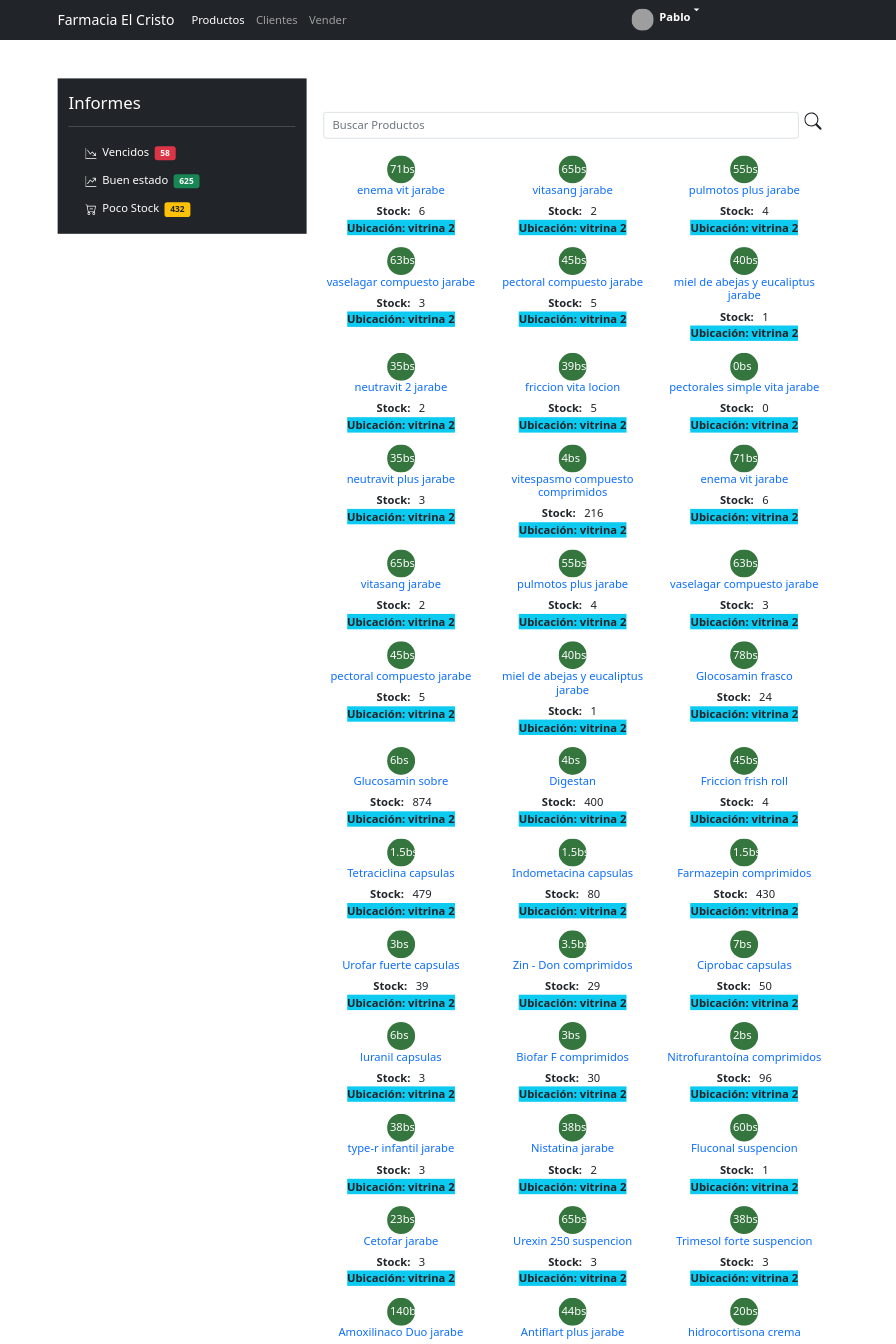
Repository: covales/farmacia
Page: /
An editor plug-in stored every save of this project. The page is shown before and after the next save, followed by the edit.
The browser window is 1280 px wide. The pictures show the part of the page from y = 0 to 1920 px (the page is 36407 px tall), at 70% of full size.
Pictures or frames that could not be fetched are drawn as grey boxes. The project was rebuilt for these pictures with package versions that can differ from the ones it lists, and the page was loaded fresh each time. Also part of the build but not shown: src/components/header/Header.jsx, src/components/product/ListProductVencidos.jsx, src/components/product/ListProductGood.jsx, src/components/product/ListProductLowStock.jsx, src/components/product/ProductSale.jsx, src/clientes/ListClient.jsx, src/components/product/Product.jsx.

Above is the page before, as saved 2022-01-23 13:41:38.

### public/index.html
<!DOCTYPE html>
<html lang="es">

<head>
  <meta charset="utf-8" />
  <link rel="icon" href="%PUBLIC_URL%/favicon.ico" />
  <meta name="viewport" content="width=device-width, initial-scale=1" />
  <meta name="theme-color" content="#000000" />
  <meta name="description" content="Web site created using create-react-app" />
  <link rel="apple-touch-icon" href="%PUBLIC_URL%/logo192.png" />

  <link rel="manifest" href="%PUBLIC_URL%/manifest.json" />

  <title>Farmacia</title>
  <link href="https://cdn.jsdelivr.net/npm/bootstrap@5.1.3/dist/css/bootstrap.min.css" rel="stylesheet"
    integrity="sha384-1BmE4kWBq78iYhFldvKuhfTAU6auU8tT94WrHftjDbrCEXSU1oBoqyl2QvZ6jIW3" crossorigin="anonymous">
  <script src="https://cdn.jsdelivr.net/npm/bootstrap@5.1.3/dist/js/bootstrap.bundle.min.js"
    integrity="sha384-ka7Sk0Gln4gmtz2MlQnikT1wXgYsOg+OMhuP+IlRH9sENBO0LRn5q+8nbTov4+1p"
    crossorigin="anonymous"></script>
</head>

<body>

  <div id="root"></div>

</body>

</html>

### src/index.js
import React from 'react';
import ReactDOM from 'react-dom';
import App from './App';


ReactDOM.render(

    <App/>,

  document.getElementById('root')
);

### src/App.js
import Home from './pages/Home';
import { BrowserRouter as Router, Routes, Route } from "react-router-dom";
import ListProductVencidos from './components/product/ListProductVencidos';
import ListProductGood from './components/product/ListProductGood';
import ListProductLowStock from './components/product/ListProductLowStock';
import ProductSale from './components/product/ProductSale';
import ListClient from './clientes/ListClient';
import Product from './components/product/Product';

function App() {
  return (
    <Router>

        <Routes>
          <Route exact path="/" element={<Home />}/>
          <Route exact path="vencidos" element={<ListProductVencidos/>}/>
          <Route exact path="good" element={<ListProductGood/>}/>
          <Route exact path="lowstock" element={<ListProductLowStock/>}/>
          <Route exact path="productsale" element={<ProductSale/>}/>
          <Route exact path="productos" element={<Product/>}/>
          <Route exact path="clientes" element={<ListClient/>}/>
        </Routes>

    </Router>

  );
}

export default App;

### src/pages/Home.jsx
import React from 'react'
import styled from 'styled-components'
import AsideReport from '../components/aside/AsideReport'
import Header from '../components/header/Header'
import Navbar from '../components/navbar/Navbar'
import ListProduct from '../components/product/ListProduct'

const Home = () => {
    return (
        <>
            <Navbar></Navbar>
            <main className='container pt-5'>
                <div className="row">
                    <div className="col-md-4"><AsideReport /></div>
                    <div className="col"><ListProduct /></div>
                </div>
            </main>

        </>

    )
}

export default Home

### src/components/aside/AsideReport.jsx
import React, { useState, useEffect } from 'react'
import data from '../../data/data'
import { Link } from "react-router-dom";

const initialExpiration = () => {
    const fActual = new Date();
    const limite = data.length;
    var number = 0;
    const BusquedaVencidos = [];

    for (let index = 0; index < limite; index++) {

        const productFV = new Date(data[index].fVencimiento?.toString());

        if (productFV <= fActual) {

            BusquedaVencidos.push(data[index]);
            number = BusquedaVencidos.length;

        }

    }

    return number
}

const initialGood = () => {
    const fActual = new Date();
    const limite = data.length;
    var number = 0;
    const BusquedaBuenos = [];

    for (let index = 0; index < limite; index++) {

        const productFV = new Date(data[index].fVencimiento?.toString());

        if (productFV > fActual) {

            BusquedaBuenos.push(data[index]);
            number = BusquedaBuenos.length;

        }

    }

    return number

}

const lowStock = () => {

    var number = 0;
    const limite = data.length;
    const lowstock = [];


    for (let index = 0; index < limite; index++) {

        const productCantidad = data[index].cantidad?.toString();
        const productItem = data[index].item?.toString();
        if (productCantidad<=10){
            lowstock.push(data[index])
           // console.log(lowstock, productItem,productCantidad);
           // console.log("total" + " "+ lowstock.length )
           number=lowstock.length;
        }




    }

    return number


}


const AsideReport = () => {

    const [count, setCount] = useState(initialExpiration);
    const [countxv, setCountXV] = useState(initialGood);
    const [countstock, setCountStock] = useState(lowStock);




    return (
        <div className='sticky-top pt-5'>
            <p></p>
            <div className="d-flex flex-column flex-shrink-0 p-3 text-white bg-dark">
                <p className="d-flex align-items-center mb-3 mb-md-0 me-md-auto text-white text-decoration-none">

                    <span className="fs-4">Informes</span>
                </p>
                <hr />
                <ul className="nav nav-pills flex-column ">
                    <li className="nav-item ">
                        <Link to="/vencidos" className="nav-link text-white " aria-current="page">
                            <svg xmlns="http://www.w3.org/2000/svg" width="16" height="16" fill="currentColor" className="bi bi-graph-down-arrow mx-2" viewBox="0 0 16 16">
                                <path d="M0 0h1v15h15v1H0V0Zm10 11.5a.5.5 0 0 0 .5.5h4a.5.5 0 0 0 .5-.5v-4a.5.5 0 0 0-1 0v2.6l-3.613-4.417a.5.5 0 0 0-.74-.037L7.06 8.233 3.404 3.206a.5.5 0 0 0-.808.588l4 5.5a.5.5 0 0 0 .758.06l2.609-2.61L13.445 11H10.5a.5.5 0 0 0-.5.5Z" />
                            </svg>
                            Vencidos<span className="badge bg-danger mx-2" >{count}</span>
                        </Link>
                    </li>
                    <li>
                        <Link to="/good" className="nav-link text-white">
                            <svg xmlns="http://www.w3.org/2000/svg" width="16" height="16" fill="currentColor" className="bi bi-graph-up-arrow mx-2" viewBox="0 0 16 16">
                                <path d="M0 0h1v15h15v1H0V0Zm10 3.5a.5.5 0 0 1 .5-.5h4a.5.5 0 0 1 .5.5v4a.5.5 0 0 1-1 0V4.9l-3.613 4.417a.5.5 0 0 1-.74.037L7.06 6.767l-3.656 5.027a.5.5 0 0 1-.808-.588l4-5.5a.5.5 0 0 1 .758-.06l2.609 2.61L13.445 4H10.5a.5.5 0 0 1-.5-.5Z" />
                            </svg>
                            Buen estado<span className="badge bg-success mx-2">{countxv}</span>
                        </Link>
                    </li>
                    <li>
                        <Link to="/lowstock" className="nav-link text-white ">
                            <svg xmlns="http://www.w3.org/2000/svg" width="16" height="16" fill="currentColor" className="bi bi-cart-dash mx-2" viewBox="0 0 16 16">
                                <path d="M6.5 7a.5.5 0 0 0 0 1h4a.5.5 0 0 0 0-1h-4z" />
                                <path d="M.5 1a.5.5 0 0 0 0 1h1.11l.401 1.607 1.498 7.985A.5.5 0 0 0 4 12h1a2 2 0 1 0 0 4 2 2 0 0 0 0-4h7a2 2 0 1 0 0 4 2 2 0 0 0 0-4h1a.5.5 0 0 0 .491-.408l1.5-8A.5.5 0 0 0 14.5 3H2.89l-.405-1.621A.5.5 0 0 0 2 1H.5zm3.915 10L3.102 4h10.796l-1.313 7h-8.17zM6 14a1 1 0 1 1-2 0 1 1 0 0 1 2 0zm7 0a1 1 0 1 1-2 0 1 1 0 0 1 2 0z" />
                            </svg>
                            Poco Stock<span className="badge bg-warning text-dark mx-2">{countstock}</span>
                        </Link>
                    </li>
                </ul>
            </div>

        </div>
    )
}

export default AsideReport

### src/components/navbar/Navbar.jsx
import React from 'react'
import Search from '../search/Search'
import { Link } from "react-router-dom";
import FormAddProduct from '../product/FormAddProduct';

const Navbar = (props) => {
    return (

        <div className='container'>
            <nav className="navbar navbar-expand-md navbar-dark  fixed-top bg-dark ">
                <div className="container ">
                    <Link className="navbar-brand" to="/">Farmacia El Cristo</Link>
                    <button className="navbar-toggler" type="button" data-bs-toggle="collapse" data-bs-target="#navbarCollapse" aria-controls="navbarCollapse" aria-expanded="false" aria-label="Toggle navigation">
                        <span className="navbar-toggler-icon"></span>
                    </button>
                    <div className="collapse navbar-collapse" id="navbarCollapse">
                        <ul className="navbar-nav me-auto mb-2 mb-md-0 ">
                            <li className="nav-item ">
                                <Link className="nav-link active" aria-current="page" to="/productos">Productos</Link>
                            </li>
                            <li className="nav-item">
                                <Link className="nav-link" to="/clientes">Clientes</Link>
                            </li>
                            <li className="nav-item">
                                <Link className="nav-link " to='/productsale'>Vender</Link>
                            </li>
                        </ul>
                        <div className="dropdown mx-auto">
                            <a href="#" className="d-flex text-white text-decoration-none dropdown-toggle" id="dropdownUser1" data-bs-toggle="dropdown" aria-expanded="false">
                                <img src="https://github.com/mdo.png" alt="" width="32" height="32" className="rounded-circle me-2" />
                                <strong>Pablo</strong>
                            </a>
                            <ul className="dropdown-menu dropdown-menu-dark text-small shadow" aria-labelledby="dropdownUser1">
                                <li><a className="dropdown-item" data-bs-toggle="modal" data-bs-target="#exampleModal">Registrar Producto</a></li>
                                <li><a className="dropdown-item" href="#">Registrar Vendedor</a></li>
                                <li><a className="dropdown-item" href="#">Registrar Cliente</a></li>
                                <li><hr className="dropdown-divider" /></li>
                                <li><a className="dropdown-item" href="#">Salir</a></li>
                            </ul>
                        </div>
                    </div>
                </div>
            </nav>
            <div className="modal fade" id="exampleModal"  aria-labelledby="exampleModalLabel" aria-hidden="true">
                <div className="modal-dialog modal-lg">
                    <div className="modal-content">
                        <div className="modal-header">
                            <h5 className="modal-title" id="exampleModalLabel">Registrar productos</h5>
                            <button type="button" className="btn-close" data-bs-dismiss="modal" aria-label="Close"></button>
                        </div>
                        <div className="modal-body">
                            <FormAddProduct></FormAddProduct>
                        </div>
                    </div>
                </div>
            </div>
        </div>

    )
}

export default Navbar

### src/components/product/ListProduct.jsx
import React, { useState, useEffect } from 'react'
import data from '../../data/data'
import Search from '../search/Search'





const ListProduct = () => {

    const [productos, setProductos] = useState([]);
    const [productsearch, setProductsearch] = useState([]);

    const getProductos = async () => {

        setProductos(data);
        setProductsearch(data);

    }

    const filtrar = (terminoBusqueda) => {

        const resultadoBusqueda = [];
        const limite = productsearch.length;

        for (let index = 0; index < limite; index++) {
            const nombreProducto = productsearch[index].medicamentoPresentacion?.toLowerCase();
            //console.log(nombreProducto);
            const patt = new RegExp(terminoBusqueda);
            const res = patt.test(nombreProducto);

            if (res) {
                resultadoBusqueda.push(productsearch[index])
            }
        }


        setProductos(resultadoBusqueda);

    }

    useEffect(() => {
        getProductos();
    }, [])


    return (

        <div className='row pt-5'>
            <div className='row sticky-top pt-5' >
                <div className='col-12'>
                    <p></p>
                <Search filtro={filtrar} />
                </div>

            </div>


            <div className="row pt-4">
                {productos && productos.map((producto) => {

                    return (
                        <div className="col-4 text-center" key={producto.item}>
                            <svg className="bd-placeholder-img rounded-circle" width="40" height="40" role="img" preserveAspectRatio="xMidYMid slice" focusable="false"><rect width="100%" height="100%" fill="#35753e" /><text x="10%" y="50%" fill="#fff" dy=".3em">{producto.pVenta}bs</text></svg>
                            <h6 className='text-primary '>{producto.medicamentoPresentacion}</h6>
                            <p ><b className='me-2'>Stock:</b> {producto.cantidad}<br />
                                <span className='text-dark bg-info'> <b> Ubicación: {producto.ubicacion}</b> </span>
                            </p>

                        </div>

                    );
                })}

            </div>

        </div>
    )
}

export default ListProduct

### src/components/search/Search.jsx
import React, { useState } from 'react'


const Search = (props) => {

    const [busqueda, setbusqueda] = useState("");

    const handleChange = (e) => {
        e.preventDefault();
        const cadena = e.target.value?.toLowerCase();
        setbusqueda(e.target.value);
        props.filtro(cadena);
        // console.log("busqueda: " + cadena);

    }

    return (

        <form className="d-flex">
            <input className="form-control me-2" type="search" placeholder="Buscar Productos" aria-label="Search" value={busqueda} onChange={handleChange} />
            <svg  width="26" height="26" fill="currentColor" className="bi bi-search" viewBox="0 0 16 16">
                <path d="M11.742 10.344a6.5 6.5 0 1 0-1.397 1.398h-.001c.03.04.062.078.098.115l3.85 3.85a1 1 0 0 0 1.415-1.414l-3.85-3.85a1.007 1.007 0 0 0-.115-.1zM12 6.5a5.5 5.5 0 1 1-11 0 5.5 5.5 0 0 1 11 0z" />
            </svg>
        </form>

    )
}

export default Search

### src/components/product/FormAddProduct.jsx
import React, { useState } from 'react'
import { addDoc, collection } from "firebase/firestore"
import db from "../../data/firebaseConfig"

const initialStateValues = {
    nombreProducto: '',
    presentacion: '',
    laboratorio: '',
    stock: '',
    fCompra: '',
    fVencimiento: '', //FECHA DE VENCIMIENTO
    pCompra: '',
    pVenta: '',  //PRECIO DE VENTA
    modoVenta: '',
    ubicacion: '',

}

const FormAddProduct = () => {

    const [producto, setProducto] = useState([initialStateValues]);

    const handleInputChange = e => {
        const { id, value } = e.target;
        setProducto({ ...producto, [id]: value });
        //console.log(addProducto);
    }

    const registrarProducto = async (objProducto) => {
        //console.log(objProducto);
        await addDoc(collection(db, "productos"), objProducto);
        console.log("registro exitoso");
    }

    const handleSubmit = e => {

        registrarProducto(producto);
        setProducto({ ...initialStateValues });
    }

    return (

        <div>
            <div className="mb-2 row">
                <label htmlFor="nombreProducto" className="col-sm-5 col-form-label col-form-label-sm">Nombre del producto</label>
                <div className="col-sm-5">
                    <input
                        type="text"
                        className="form-control form-control-sm"
                        id="nombreProducto"
                        onChange={handleInputChange}
                        value={producto.nombreProducto}
                    />
                </div>
            </div>
            <div className="mb-2 row">
                <label htmlFor="presentacion" className="col-sm-5 col-form-label col-form-label-sm">Presentacion</label>
                <div className="col-sm-5">
                    <input
                        type="text"
                        className="form-control form-control-sm"
                        id="presentacion"
                        onChange={handleInputChange}
                        value={producto.presentacion}
                    />
                </div>
            </div>
            <div className="mb-2 row">
                <label htmlFor="laboratorio" className="col-sm-5 col-form-label col-form-label-sm">Laboratorio</label>
                <div className="col-sm-5">
                    <input
                    type="text"
                    className="form-control form-control-sm"
                    id="laboratorio"
                    onChange={handleInputChange}
                    value={producto.laboratorio}
                    />
                </div>
            </div>
            <div className="mb-2 row">
                <label htmlFor="stock" className="col-sm-5 col-form-label col-form-label-sm">Stock</label>
                <div className="col-sm-5">
                    <input
                    type="number"
                    className="form-control form-control-sm"
                    id="stock"
                    onChange={handleInputChange}
                    value={producto.stock}
                    />
                </div>
            </div>
            <div className="mb-2 row">
                <label htmlFor="fCompra" className="col-sm-5 col-form-label col-form-label-sm">Fecha de compra</label>
                <div className="col-sm-5">
                    <input
                    type="date"
                    className="form-control form-control-sm"
                    id="fCompra"
                    onChange={handleInputChange}
                    value={producto.fCompra}
                    />
                </div>
            </div>
            <div className="mb-2 row">
                <label htmlFor="fVencimiento" className="col-sm-5 col-form-label col-form-label-sm">Fecha de vencimiento</label>
                <div className="col-sm-5">
                    <input
                    type="date"
                    className="form-control form-control-sm"
                    id="fVencimiento"
                    onChange={handleInputChange}
                    value={producto.fVencimiento}
                    />
                </div>
            </div>
            <div className="mb-2 row">
                <label htmlFor="pCompra" className="col-sm-5 col-form-label col-form-label-sm">Precio de compra</label>
                <div className="col-sm-5">
                    <input
                    type="number"
                    className="form-control form-control-sm"
                    id="pCompra"
                    onChange={handleInputChange}
                    value={producto.pCompra}
                    />
                </div>
            </div>
            <div className="mb-2 row">
                <label htmlFor="pVenta" className="col-sm-5 col-form-label col-form-label-sm">Precio de venta</label>
                <div className="col-sm-5">
                    <input
                    type="number"
                    className="form-control form-control-sm"
                    id="pVenta"
                    onChange={handleInputChange}
                    value={producto.pVenta}
                    />
                </div>
            </div>
            <div className="mb-2 row">
                <label htmlFor="modoVenta" className="col-sm-5 col-form-label col-form-label-sm">Modo de venta</label>
                <div className="col-sm-5">
                    <input
                    type="text"
                    className="form-control form-control-sm"
                    id="modoVenta"
                    onChange={handleInputChange}
                    value={producto.modoVenta}
                    />
                </div>
            </div>

            <div className="mb-2 row">
                <label htmlFor="ubicacion" className="col-sm-5 col-form-label col-form-label-sm">Ubicación</label>
                <div className="col-sm-5">
                    <input
                    type="text"
                    className="form-control form-control-sm"
                    id="ubicacion"
                    onChange={handleInputChange}
                    value={producto.ubicacion}
                    />
                </div>
            </div>
            <div className="modal-footer">
                <button type="button" className="btn btn-danger" data-bs-dismiss="modal">Cerrar</button>
                <button type="button" className="btn btn-success" onClick={handleSubmit}>Guardar</button>
            </div>
        </div>


    )
}

export default FormAddProduct

### src/data/firebaseConfig.js
import { initializeApp } from "firebase/app";
import{getFirestore} from "firebase/firestore";

const firebaseConfig = {
  apiKey: "AIzaSyA7HZ3krdNQi9LFzOJQ3K1FJDfejUxA9VE",
  authDomain: "farmaciaelcristo-3b008.firebaseapp.com",
  projectId: "farmaciaelcristo-3b008",
  storageBucket: "farmaciaelcristo-3b008.appspot.com",
  messagingSenderId: "828510295468",
  appId: "1:828510295468:web:bc866a5a4cdb1b1b821609"
};


const app = initializeApp(firebaseConfig);
const db = getFirestore(app);

export default db;

Loaded but not shown: src/data/data.js (library)

After the next save:
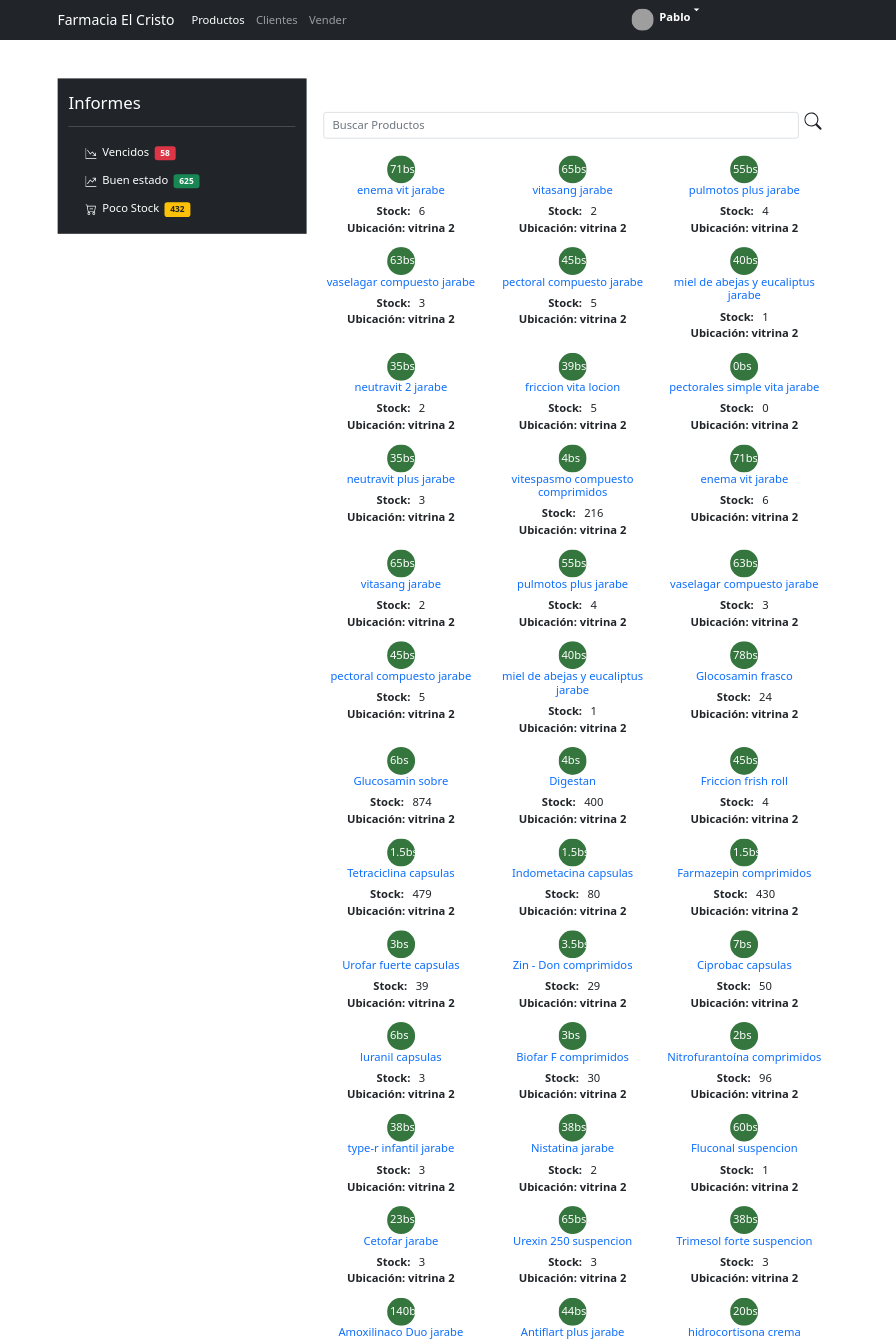
Saved 5 s later.
--- a/src/components/product/ListProduct.jsx
+++ b/src/components/product/ListProduct.jsx
@@ -64,7 +64,7 @@ const ListProduct = () => {
                             <svg className="bd-placeholder-img rounded-circle" width="40" height="40" role="img" preserveAspectRatio="xMidYMid slice" focusable="false"><rect width="100%" height="100%" fill="#35753e" /><text x="10%" y="50%" fill="#fff" dy=".3em">{producto.pVenta}bs</text></svg>
                             <h6 className='text-primary '>{producto.medicamentoPresentacion}</h6>
                             <p ><b className='me-2'>Stock:</b> {producto.cantidad}<br />
-                                <span className='text-dark bg-info'> <b> Ubicación: {producto.ubicacion}</b> </span>
+                                <span className='text-dark'> <b> Ubicación: {producto.ubicacion}</b> </span>
                             </p>
 
                         </div>
